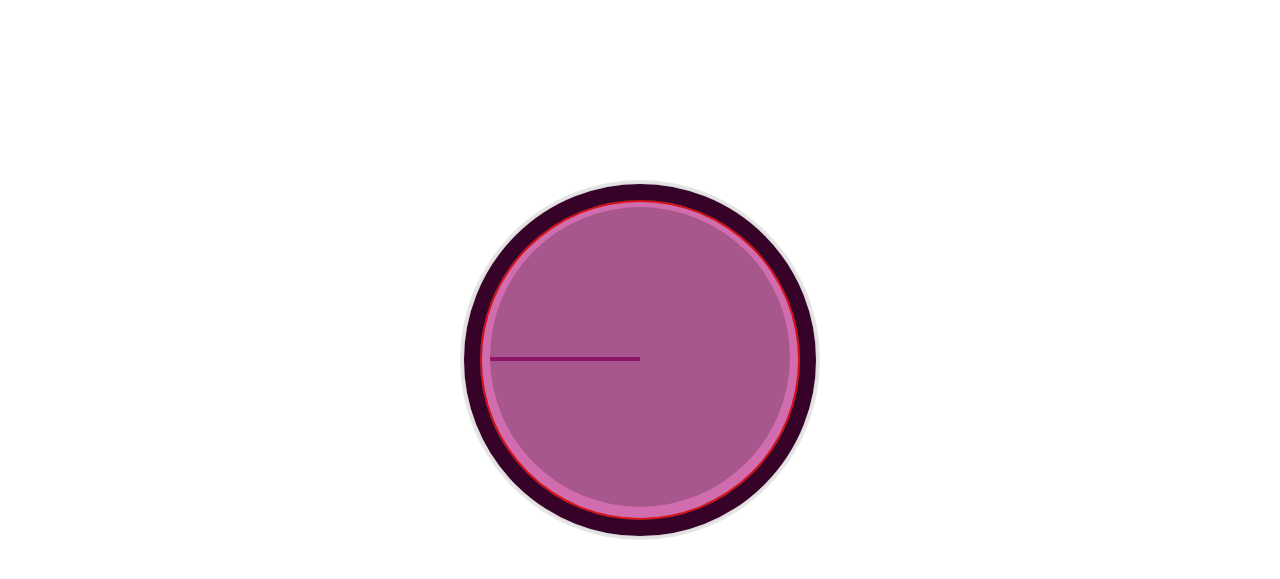
Repository: Freezler/javascript-css-clock
Page: index.html
The author's editor kept a copy of each file at every save. The page is drawn from the files as they stood at one save, then again after the next save.
The browser window is 1280 px wide. The pictures show the whole page.

Above is the page before, as saved 2024-08-24 15:56:39.

### index.html
<!DOCTYPE html>
<html lang="en">

<head>
    <meta charset="UTF-8">
    <title>JS + CSS Clock</title>
    <link rel="icon" href="https://fav.farm/🔥" />
    <link rel="stylesheet" href="style.css">
</head>

<body>
    <div class="clock">
        <div class="clock-face">
            <div class="hand hour-hand"></div>
            <div class="hand min-hand"></div>
            <div class="hand second-hand"></div>
        </div>
    </div>
    <script src="/main.js"></script>
</body>

</html>

### style.css
html {
    background: url() no-repeat center center fixed;
    background-repeat: no-repeat;
    background-attachment: fixed;
    background-position: center center;
    background-size: cover;
    font-family: 'system-ui', sans-serif;
    text-align: center;
    font-size: 10px;
}

body {
    margin: 0;
    font-size: 2rem;
    display: flex;
    flex: 1;
    min-height: 100vh;
    align-items: center;
}

.clock {
    width: 30rem;
    height: 30rem;
    border: 16px solid rgb(54, 2, 40);
    border-radius: 50%;
    margin: 50px auto;
    position: relative;
    padding: 1rem;
    box-shadow:
        0 0 0 4px rgba(0, 0, 0, 0.1),
        inset 0 0 0 2px #d51111,
        inset 0 0 2px black,
        0 0 2px rgba(0, 0, 0, 0.2);
    background: rgba(181, 18, 124, 0.616);
}

.clock-face {
    position: relative;
    width: 100%;
    height: 100%;
    transform: translateY(-3px);
    /* account for the height of the clock hands */
    background: rgba(0, 0, 0, 0.2);
    border-radius: 50%;
}

.hand {
    width: 50%;
    height: 4px;
    background: rgb(144, 22, 105);
    position: absolute;
    top: 50%;
    z-index: 100;
}

Loaded but not shown: main.js (no stored copy; drawn as an empty file)

After the next save:
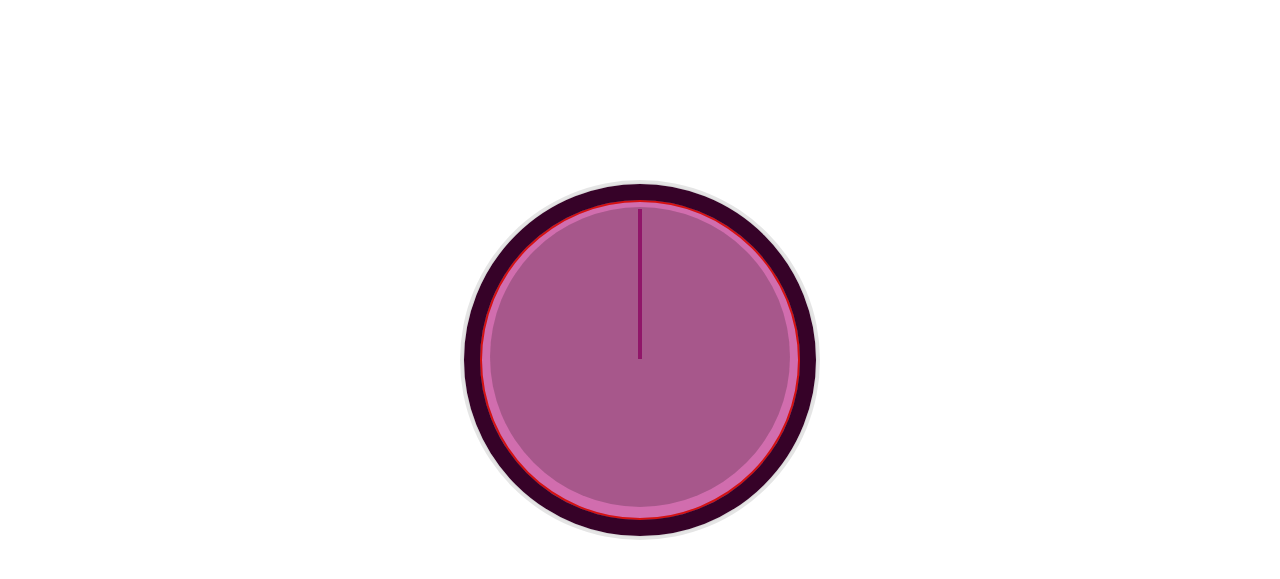
Saved 3 min 7 s later.
--- a/style.css
+++ b/style.css
@@ -51,4 +51,16 @@ body {
     position: absolute;
     top: 50%;
     z-index: 100;
+    transform-origin: 100%;
+    transform: rotate(90deg);
+    transition-timing-function: cubic-bezier(0.1, 2.7, 0.58, 1);
 }
+
+@keyframes rotate {
+    from {
+        transform: rotate(0deg);
+    }
+    to {
+        transform: rotate(360deg);
+    }
+}
